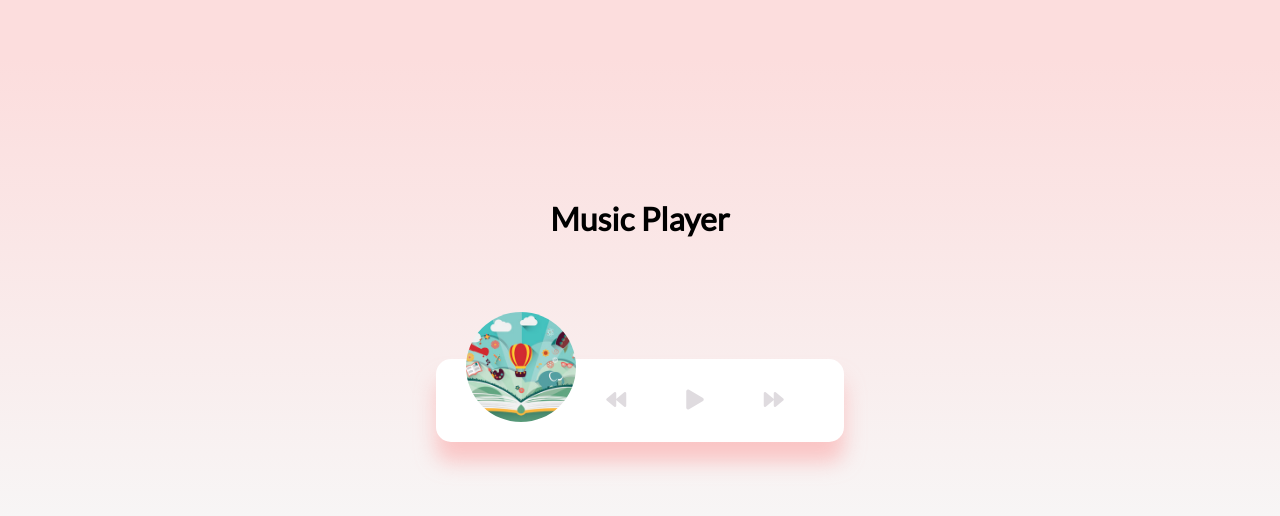
Repository: Youvelop/musicPlayer
Page: index.html
The author's editor kept a copy of each file at every save. The page is drawn from the files as they stood at one save, then again after the next save.
The browser window is 1280 px wide. The pictures show the whole page.
Some web libraries are served in a nearby version.

Above is the page before, as saved 2020-07-08 08:13:08.

### index.html
<!DOCTYPE html>
<html lang="en">
  <head>
    <meta charset="UTF-8" />
    <meta name="viewport" content="width=device-width, initial-scale=1.0" />
    <link
      rel="stylesheet"
      href="https://cdnjs.cloudflare.com/ajax/libs/font-awesome/5.10.2/css/all.min.css"
    />
    <link rel="stylesheet" href="style.css" />
    <title>Music Player</title>
  </head>
  <body>
    <h1>Music Player</h1>
    <div class="music-container" id="music-container">
      <div class="music-info">
        <h4 id="title"></h4>
        <div class="progress-container" id="progress-container">
          <div class="progress" id="progress"></div>
        </div>
      </div>
      <audio src="music/ukulele.mp3" id="audio"></audio>

      <div class="img-container">
        <img src="images/ukulele.jpg" id="cover" alt="music-cover" />
      </div>
      <div class="navigation">
        <button id="prev" class="action-btn">
          <i class="fas fa-backward"></i>
        </button>
        <button id="play" class="action-btn action-btn-big">
          <i class="fas fa-play"></i>
        </button>
        <button id="prev" class="action-btn">
          <i class="fas fa-forward"></i>
        </button>
      </div>
    </div>
    <script src="script.js"></script>
  </body>
</html>

### style.css
@import url('https://fonts.googleapis.com/css?family=Lato&display=swap');

* {
  box-sizing: border-box;
}

body {
  background-image: linear-gradient(
    0deg,
    rgba(247, 247, 247, 1) 23.8%,
    rgba(252, 221, 221, 1) 92%
  );
  height: 100vh;
  display: flex;
  flex-direction: column;
  align-items: center;
  justify-content: center;
  font-family: 'Lato', sans-serif;
  margin: 0;
}

.music-container {
  background-color: #fff;
  border-radius: 15px;
  box-shadow: 0 20px 20px 0 rgba(252, 169, 169, 0.6);
  display: flex;
  padding: 20px 30px;
  position: relative;
  margin: 100px 0;
  z-index: 10;
}

.img-container {
  position: relative;
  width: 110px;
}

.img-container img {
  border-radius: 50%;
  object-fit: cover;
  height: 110px;
  width: inherit;
  position: absolute;
  bottom: 0;
  left: 0;
  animation: rotate 3s linear infinite;

  animation-play-state: paused;
}

.music-container.play .img-container img {
  animation-play-state: running;
}

@keyframes rotate {
  from {
    transform: rotate(0deg);
  }

  to {
    transform: rotate(360deg);
  }
}

.navigation {
  display: flex;
  align-items: center;
  justify-content: center;
  z-index: 1;
}

.action-btn {
  background-color: #fff;
  border: 0;
  color: #dfdbdf;
  font-size: 20px;
  cursor: pointer;
  padding: 10px;
  margin: 0 20px;
}

Loaded but not shown: script.js (no copy from this time; the picture is the same without it)

After the next save:
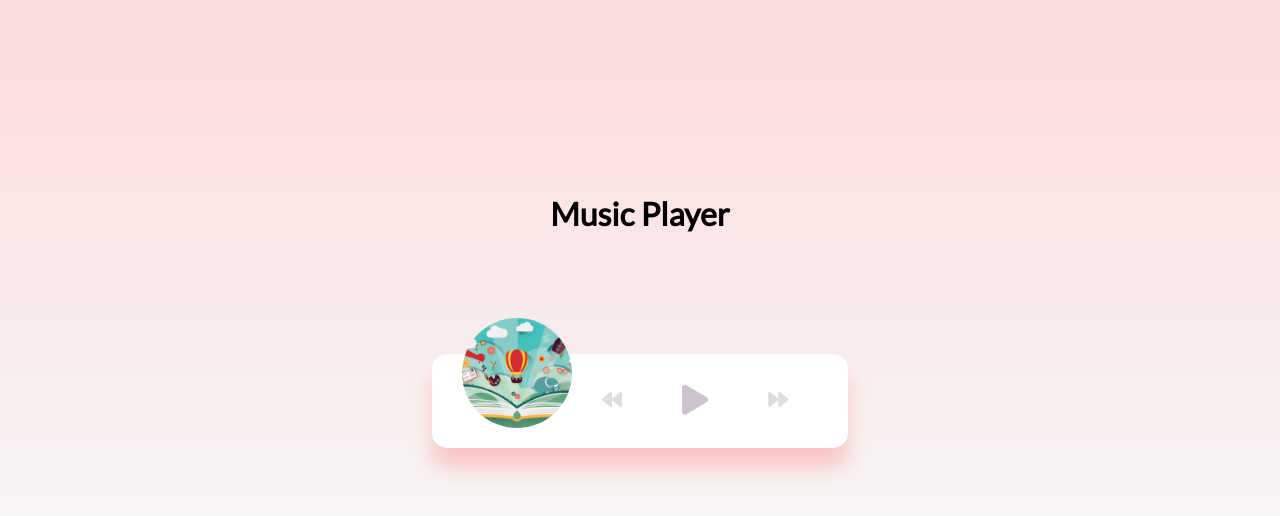
Saved 107 s later.
--- a/style.css
+++ b/style.css
@@ -78,3 +78,12 @@ body {
   padding: 10px;
   margin: 0 20px;
 }
+
+.action-btn.action-btn-big {
+  color: #cdc2d0;
+  font-size: 30px;
+}
+
+.action-btn:focus {
+  outline: 0;
+}
